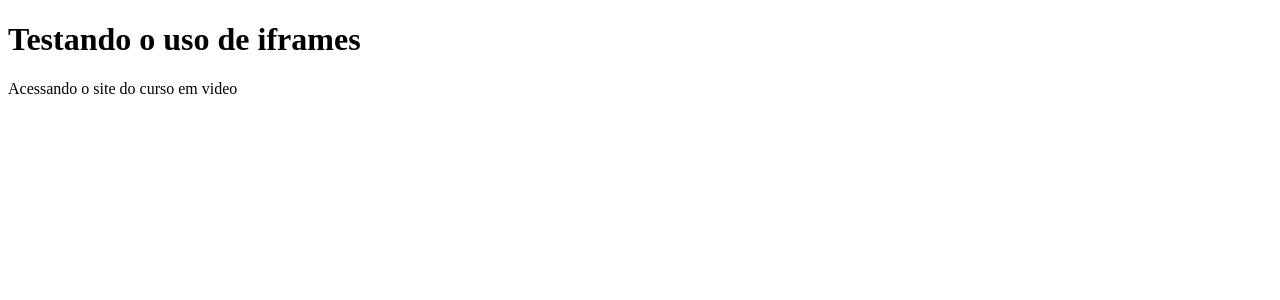
Repository: Leonngc/html-css
Page: ex024/index.html
These files come from the project's save history. The page is drawn as it stood at one moment and after a run of saves; the edit follows.
The browser window is 1280 px wide. The pictures show the whole page.

Above is the page before, as saved 2022-11-15 17:55:55.

### ex024/index.html
<!DOCTYPE html>
<html lang="pt-br">
<head>
    <meta charset="UTF-8">
    <meta http-equiv="X-UA-Compatible" content="IE=edge">
    <meta name="viewport" content="width=device-width, initial-scale=1.0">
    <title>Estudos iframe</title>
</head>
<body>
    <h1>Testando o uso de iframes</h1>
    <p>Acessando o site do curso em video</p>
</body>
</html>

After the next 3 saves:
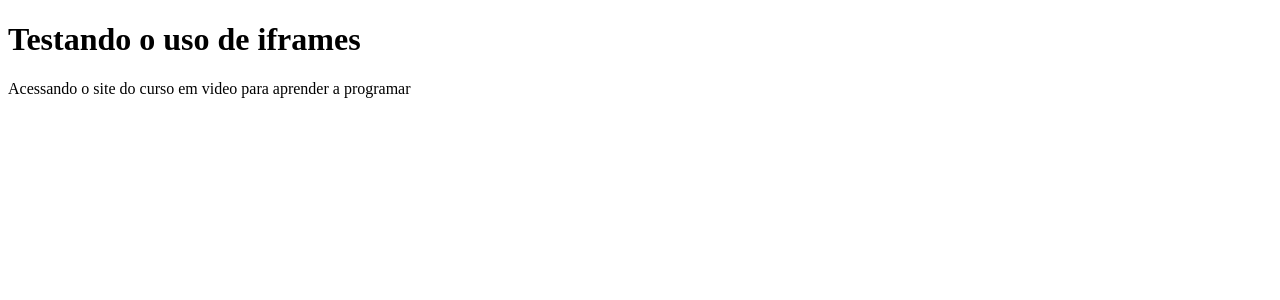
The 3 saves are shown as one change because they came seconds apart.
The last was saved 26 s later.
--- a/ex024/index.html
+++ b/ex024/index.html
@@ -8,6 +8,6 @@
 </head>
 <body>
     <h1>Testando o uso de iframes</h1>
-    <p>Acessando o site do curso em video</p>
+    <p>Acessando o site do curso em video para aprender a programar</p>
 </body>
 </html>
